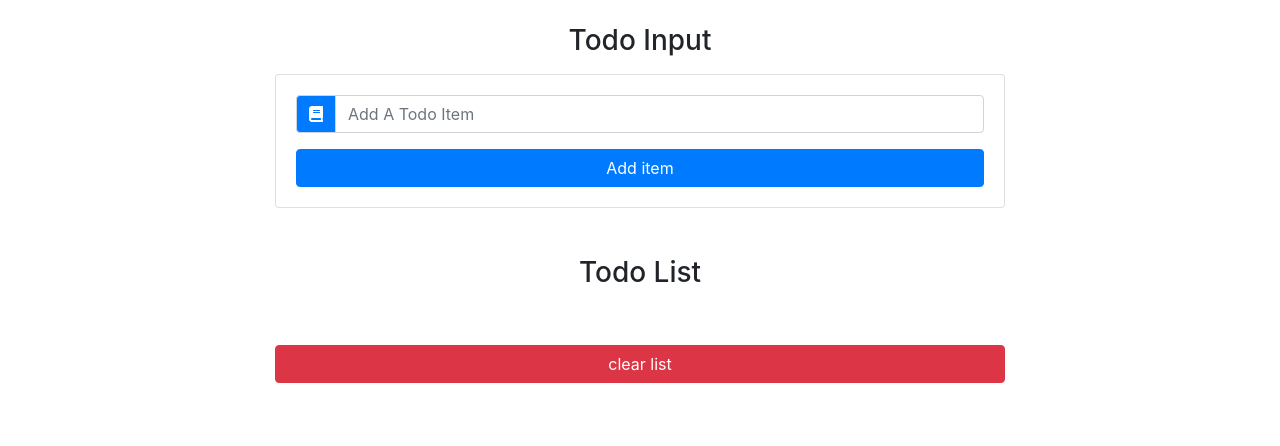
Repository: TomoyaKuroda/React-Simple-Todo-App
Page: /
These files come from the project's save history. The page is drawn as it stood at one moment and after the next save; the edit follows.
The browser window is 1280 px wide. The pictures show the whole page.
Some web libraries are served in a nearby version. The project was rebuilt for these pictures with package versions that can differ from the ones it lists, and the page was loaded fresh each time.

Above is the page before, as saved 2018-12-06 22:11:02.

After the next save:
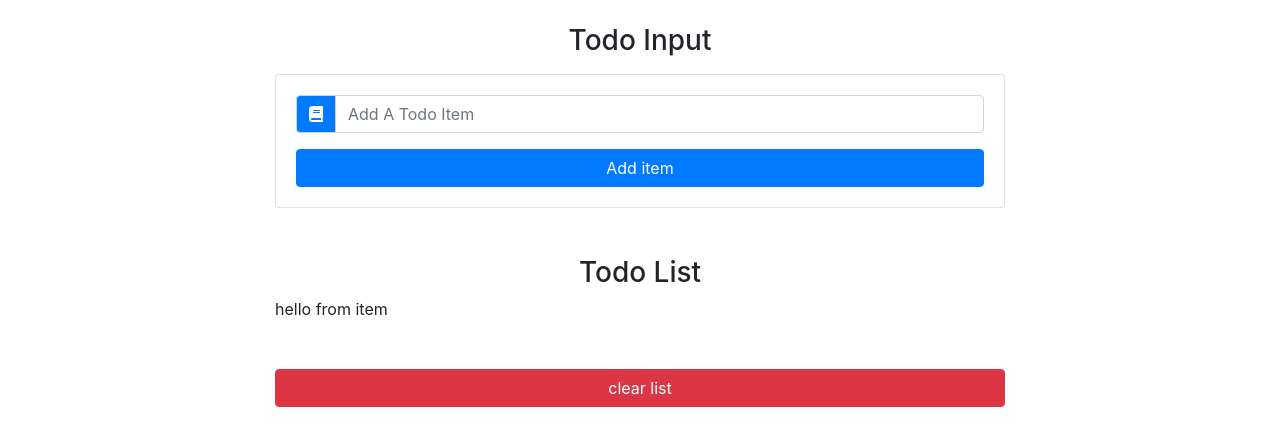
Saved 19 s later.
--- a/src/components/TodoList.js
+++ b/src/components/TodoList.js
@@ -8,6 +8,8 @@ export default class TodoList extends Component {
 <h3 className="text-capitalize text-center">
 todo list
 </h3>
+<TodoItem />
+
 <button type="button" className="btn btn-danger btn-block text-apitalize mt-5">
 clear list
 </button>
